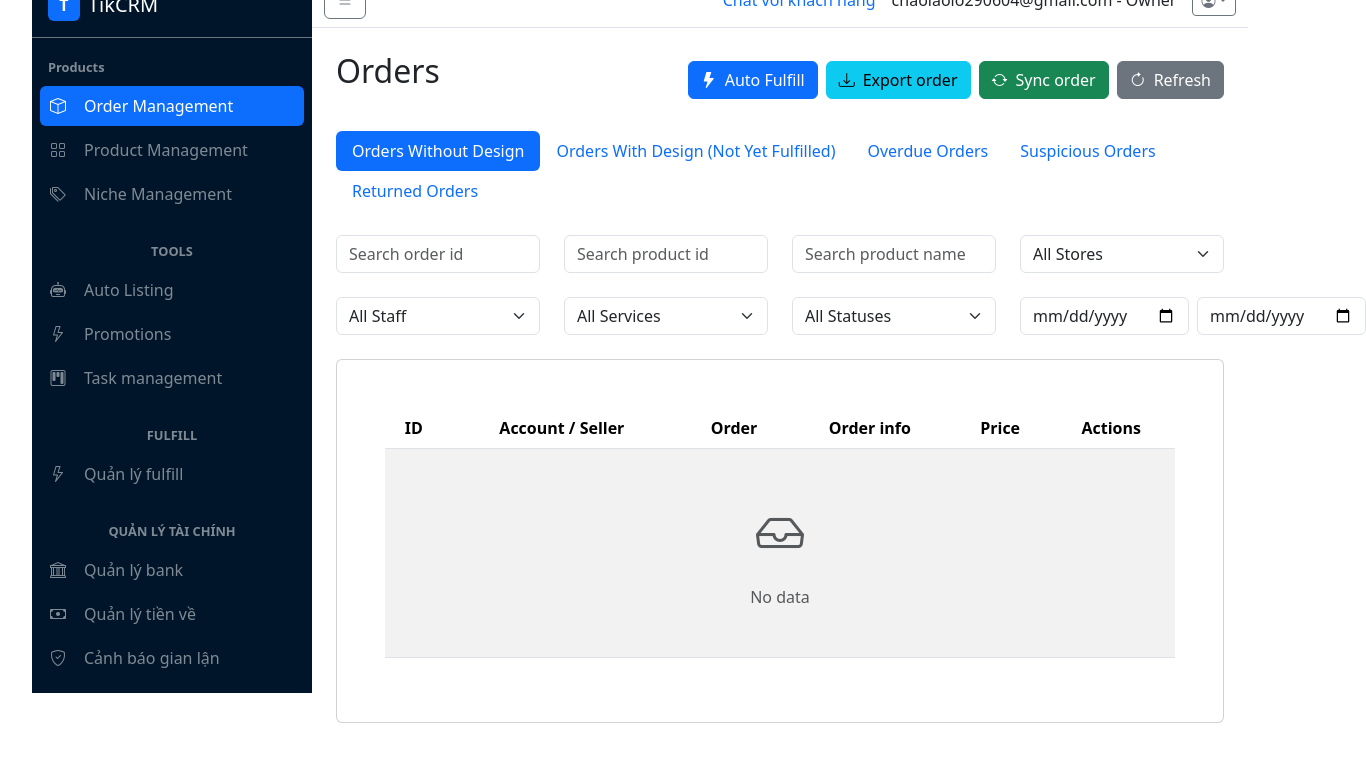
Repository: chaolaolo/tikcrm-fe
Page: /dashboard
An editor plug-in stored every save of this project. The page is shown before and after the next save, followed by the edit.
The browser window is 1280 px wide. The page is 1366 px wide, so the pictures cover 1366 px, including what lies to the right of the window. The pictures show the whole page.
The project was rebuilt for these pictures with package versions that can differ from the ones it lists, and the page was loaded fresh each time. Some packages were replaced by stand-ins written for this rebuild. Also part of the build but not shown: vite.config.ts, src/pages/Auth/Login/LoginPage.tsx, src/pages/Auth/Register/RegisterPage.tsx, src/pages/Home/Settings.tsx, src/pages/Home/HomePage.tsx, src/pages/Auth/ForgotPassword/ForgotPassword.tsx.

Above is the page before, as saved 2025-05-23 12:48:17.

After the next save:
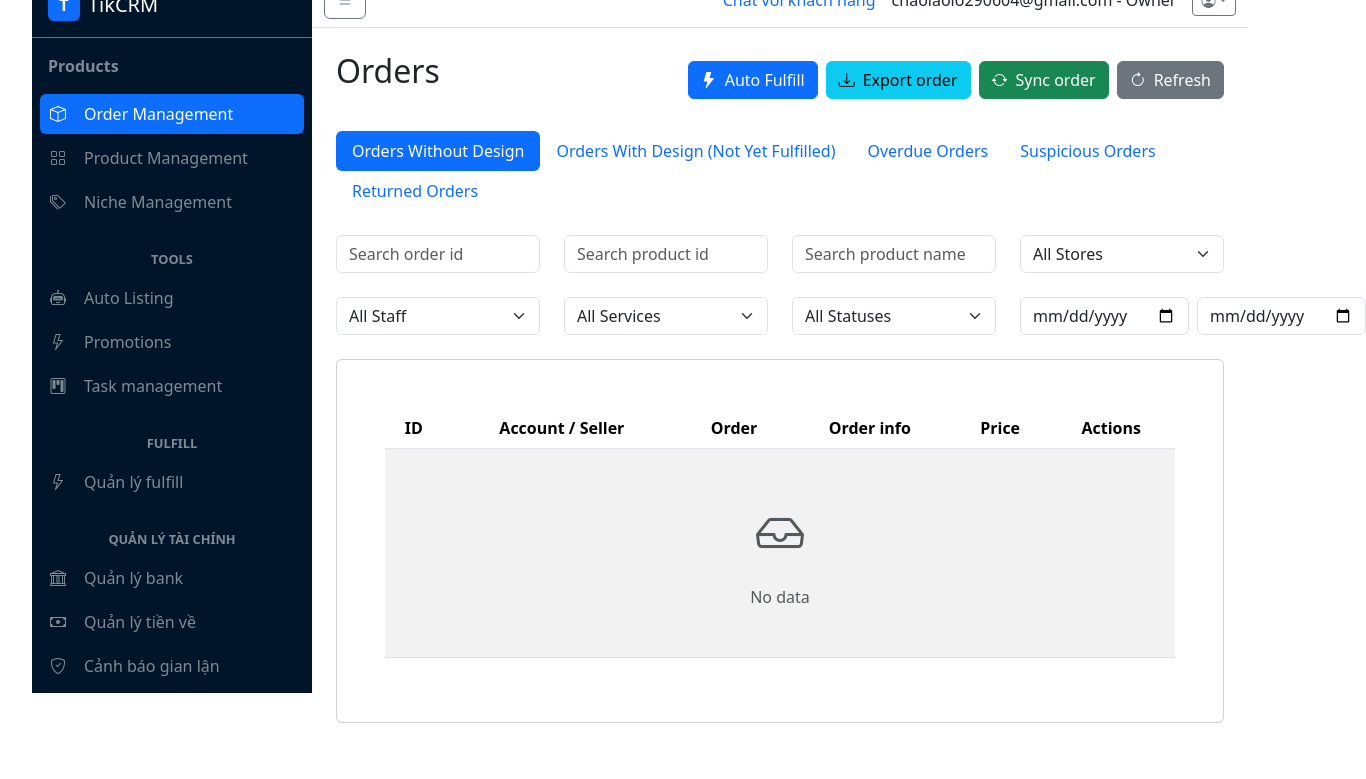
Saved 21 s later.
--- a/src/pages/Layouts/Layout.tsx
+++ b/src/pages/Layouts/Layout.tsx
@@ -43,7 +43,7 @@
         <div className="py-3">
           {/* Products Section */}
           <div className="px-3 mb-2 text-left">
-            {!isCollapsed && <small className="text-white-50 fw-bold">Products</small>}
+            {!isCollapsed && <p className="text-white-50 fw-bold">Products</p>}
           </div>
 
           <div className="px-2">
